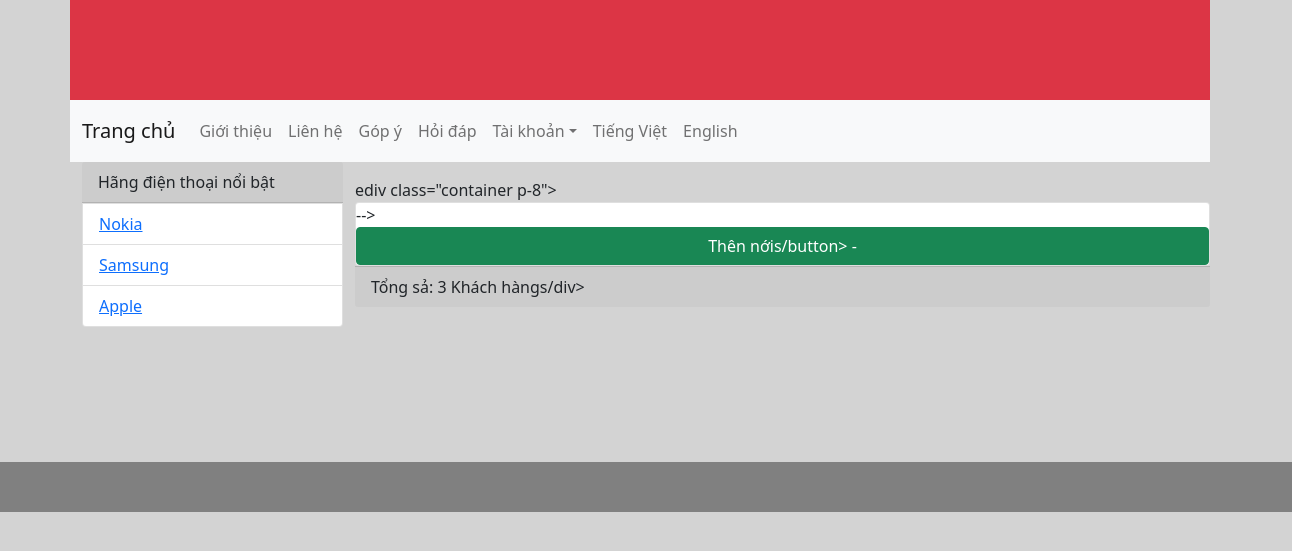
Repository: minhtu5502/fontendFamework
Page: day1 copy/demotab.html
An editor plug-in stored every save of this project. The page is shown before and after the next save, followed by the edit.
The browser window is 1280 px wide. The page is 1292 px wide, then 1280 px, so the pictures cover 1292 px, including what lies to the right of the window. The pictures show the whole page.

Above is the page before, as saved 2022-01-11 14:45:41.

### day1 copy/demotab.html
<!DOCTYPE html>
<html lang="en">

<head>
    <meta charset="UTF-8">
    <meta http-equiv="X-UA-Compatible" content="IE=edge">
    <meta name="viewport" content="width=device-width, initial-scale=1.0">
    <title>IT16313</title>
    <!-- Style -->
    <link rel="stylesheet" href="css/bootstrap.min.css" />
    <link rel="stylesheet" href="css/css.css">
</head>

<body>
    <!-- Script -->
    <script src="js/jquery.min.js"></script>
    <script src="js/popper.min.js"></script>
    <script src="js/bootstrap.min.js"></script>

    <div class="container">
        <header class="row bg-danger"></header>

        <nav class="row navbar navbar-expand-lg navbar-light bg-light">
            <div class="container-fluid">
                <a class="navbar-brand" href="#">Trang chủ</a>
                <button class="navbar-toggler" type="button" data-bs-toggle="collapse"
                    data-bs-target="#navbarSupportedContent" aria-controls="navbarSupportedContent"
                    aria-expanded="false" aria-label="Toggle navigation">
                    <span class="navbar-toggler-icon"></span>
                </button>
                <div class="collapse navbar-collapse" id="navbarSupportedContent">
                    <ul class="navbar-nav me-auto mb-2 mb-lg-0">
                        <li class="nav-item">
                            <a class="nav-link " href="#">Giới thiệu</a>
                        </li>
                        <li class="nav-item">
                            <a class="nav-link" href="#">Liên hệ</a>
                        </li>
                        <li class="nav-item">
                            <a class="nav-link" href="#">Góp ý</a>
                        </li>
                        <li class="nav-item">
                            <a class="nav-link" href="#">Hỏi đáp</a>
                        </li>
                        <li class="nav-item dropdown">
                            <a class="nav-link dropdown-toggle" href="#" id="navbarDropdown" role="button"
                                data-bs-toggle="dropdown" aria-expanded="false">Tài khoản</a>
                            <ul class="dropdown-menu" aria-labelledby="navbarDropdown">
                                <li><a class="dropdown-item" href="#">Đăng nhập</a></li>
                                <li><a class="dropdown-item" href="#">Đăng ký</a></li>
                                <li><a class="dropdown-item" href="#">Quên mật khẩu</a></li>

                                <li>
                                    <hr class="dropdown-divider">
                                </li>
                                <li><a class="dropdown-item" href="#">Hồ sơ cá nhân></li>
                                <li><a class="dropdown-item" href="#">Đổi mật khẩu</a></li>
                                <li><a class="dropdown-item" href="#">Đăng xuẩ</a></li>

                                <li>
                                    <hr class="dropdown-divider">
                                </li>
                                <li><a class="dropdown-item" href="#">Đơn đặt hàng</a></li>
                            </ul>
                        </li>
                        <li class="nav-item">
                            <a class="nav-link" href="#">Tiếng Việt</a>
                        </li>
                        <li class="nav-item ">
                            <a class="nav-link  " href="#">English</a>
                        </li>
        </nav>

        <div class="row p-0">
            <aside class="col-3">
                <ul class="list-group">
                    <div class="card-header">Hãng điện thoại nổi bật</div>
                    <li class="list-group-item"><a
                            href="https://uqoojcos5nobj.vcdn.cloud/uploads/2021/11/nokia-black-300x300.jpg">Nokia</a>
                    </li>
                    <li class="list-group-item"><a
                            href="https://uqoojcos5nobj.vcdn.cloud/uploads/2021/11/nokia-black-300x300.jpg">Samsung</a>
                    </li>
                    <li class="list-group-item"><a
                            href="https://uqoojcos5nobj.vcdn.cloud/uploads/2021/11/nokia-black-300x300.jpg">Apple</a>
                    </li>
                </ul>
            </aside>
            <article class="col-12 col-md-9 p-0 pt-3">
                ediv class="container p-8">
                <div class="card"
                  <!-- <div class="card-header"> -->
                      <button class="btn btn-success">Thên nớis/button>
                   </diva
                  <div class="table-responsive">-
                   </div>
                  <div class="card-footer">Tổng sả: 3 Khách hàngs/div>
                </div>
             </div
            </article>
        </div>
        <footer class="row"></footer>
    </div>
</body>

</html>

### day1 copy/css/css.css
body{
    padding:0px;
    margin:0 auto;
    background-color:lightgray;
}
header{
    height:100px;
    background-color:red;
}
nav{
    line-height:30px;
    background-color:yellow;
}
.container>div>*{
    min-height:300px;
    /* background-color:blue; */
}

footer{
    height:50px;
    background-color:gray;
}

Loaded but not shown: day1 copy/css/bootstrap.min.css (library); day1 copy/js/jquery.min.js (library); day1 copy/js/popper.min.js (library); day1 copy/js/bootstrap.min.js (library)

After the next save:
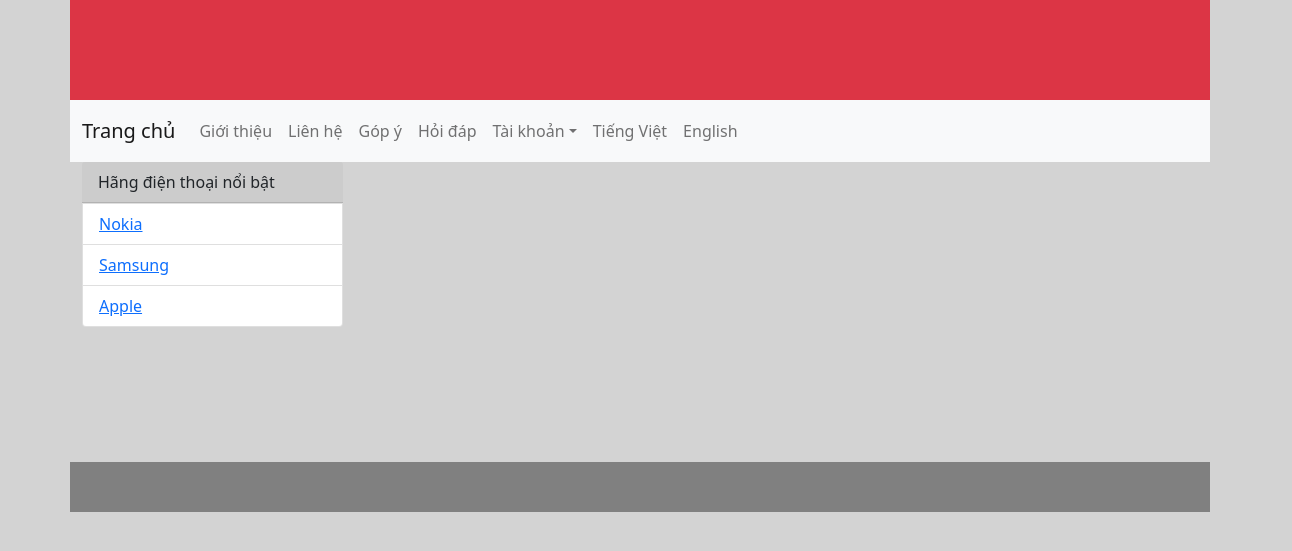
Saved 7 s later.
--- a/day1 copy/demotab.html
+++ b/day1 copy/demotab.html
@@ -87,16 +87,7 @@
                 </ul>
             </aside>
             <article class="col-12 col-md-9 p-0 pt-3">
-                ediv class="container p-8">
-                <div class="card"
-                  <!-- <div class="card-header"> -->
-                      <button class="btn btn-success">Thên nớis/button>
-                   </diva
-                  <div class="table-responsive">-
-                   </div>
-                  <div class="card-footer">Tổng sả: 3 Khách hàngs/div>
-                </div>
-             </div
+
             </article>
         </div>
         <footer class="row"></footer>
